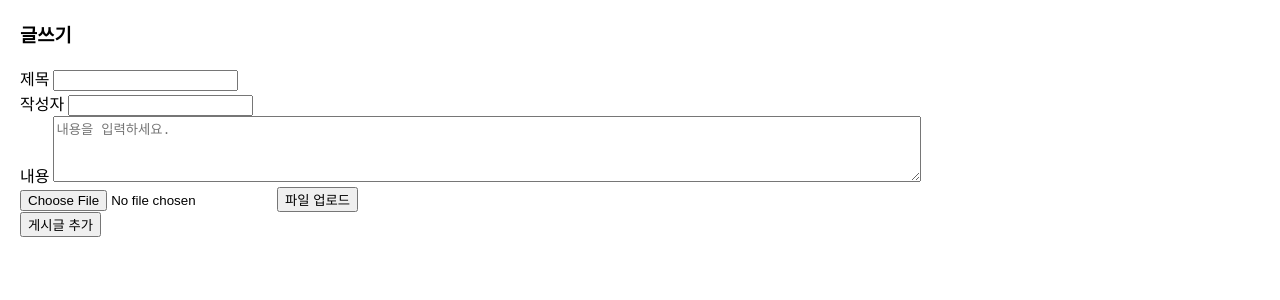
Repository: anydevil0812/board_subject
Page: http://localhost/board/write.jsp
These files come from the project's save history. The page is drawn as it stood at one moment and after the next save; the edit follows.
The browser window is 1280 px wide. The pictures show the whole page.
The page is served by Tomcat 9.

Above is the page before, as saved 2024-10-25 07:29:32.

After the next save:
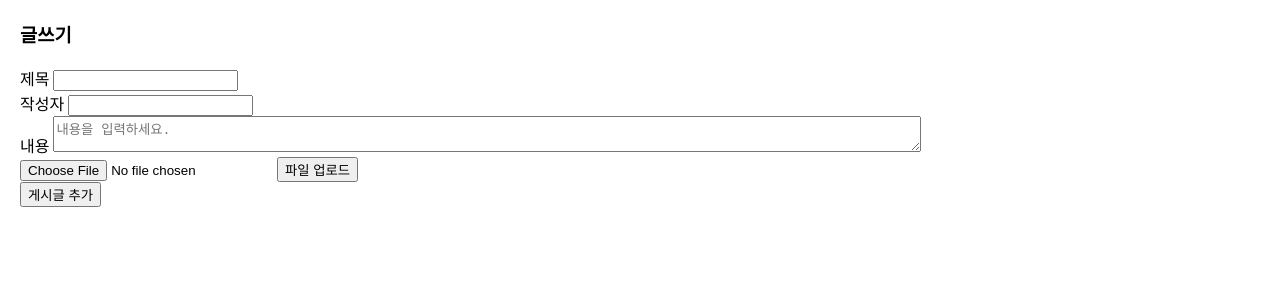
Saved 9 min 20 s later.
--- a/board/src/main/webapp/write.jsp
+++ b/board/src/main/webapp/write.jsp
@@ -25,7 +25,7 @@
          </div>
        	 <div class="post-content">
        	 	<label>내용</label>
-         	<label><textarea class="content" name="content" placeholder="내용을 입력하세요." rows="4" required></textarea></label>
+         	<label><textarea class="content" name="content" placeholder="내용을 입력하세요." required></textarea></label>
        	 </div>
        	 <div>
        	 	<input type="file" name="uploadFile" />
